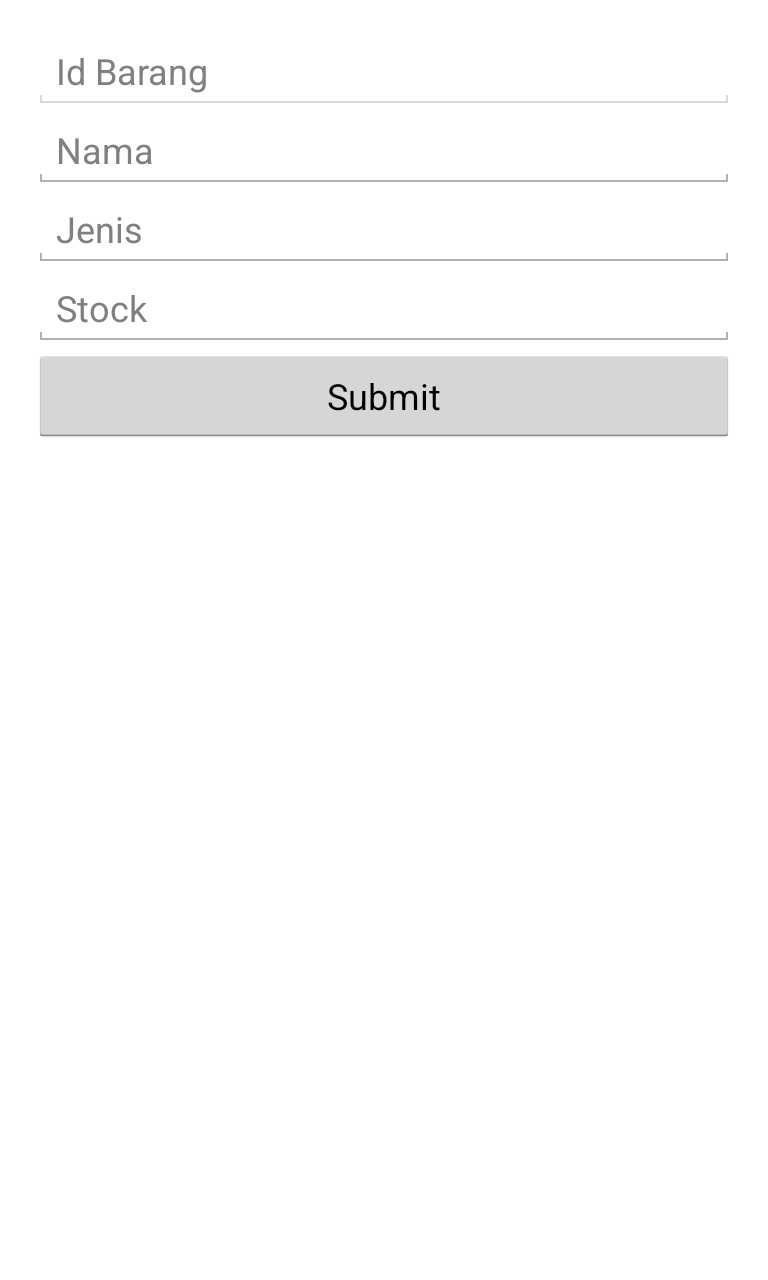
Repository: kisahtegar/UnipiLabs
Layout: GudangKisah/res/layout/activity_update_data.xml
An editor plug-in stored every save of this project. The layout is shown before and after the next save, followed by the edit.
It is drawn on a 768 x 1280 px phone screen (xhdpi) without system bars, with theme AppTheme; the app's code is not run.

Above is the layout before, as saved 2024-07-31 04:34:13.

After the next save:
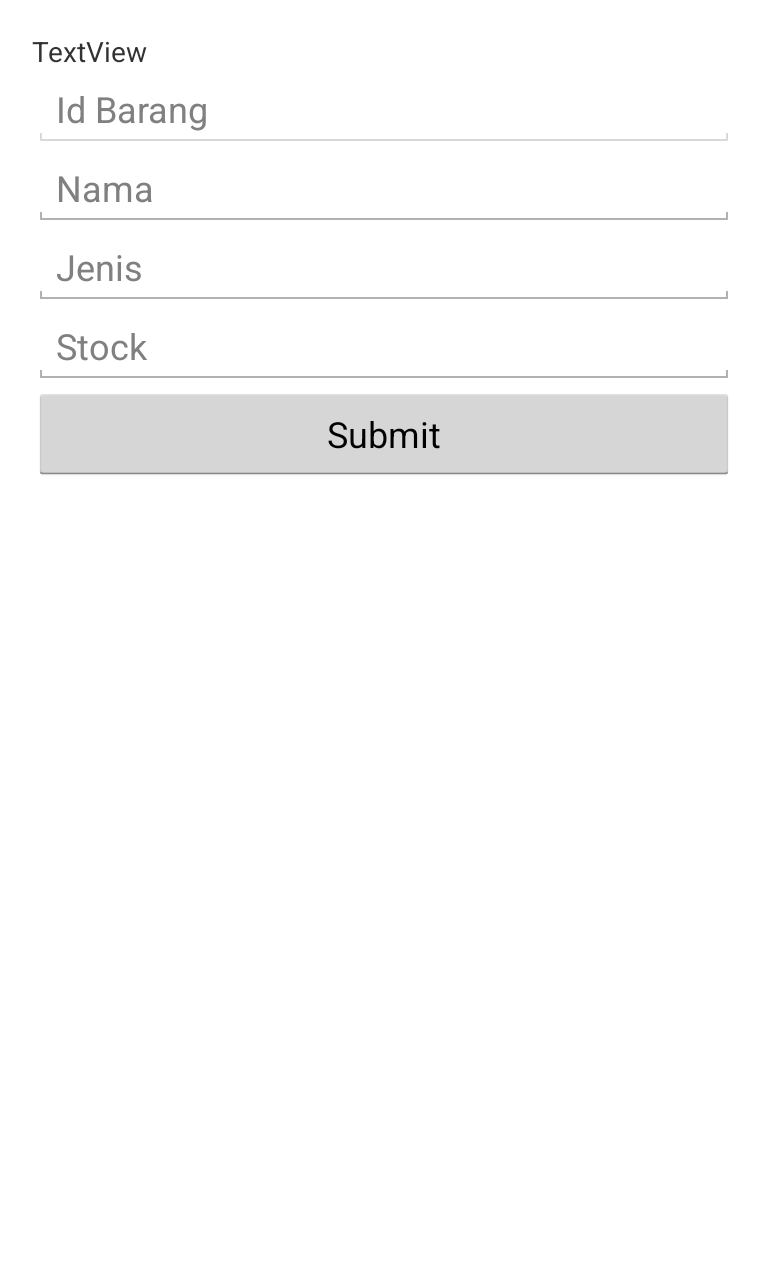
Saved 3 s later.
--- a/GudangKisah/res/layout/activity_update_data.xml
+++ b/GudangKisah/res/layout/activity_update_data.xml
@@ -4,6 +4,12 @@
     android:layout_height="match_parent"
     android:orientation="vertical"
     android:padding="16dp">
+
+    <TextView
+        android:id="@+id/textView1"
+        android:layout_width="wrap_content"
+        android:layout_height="wrap_content"
+        android:text="TextView" />
 
     <EditText
         android:id="@+id/id_barang"
